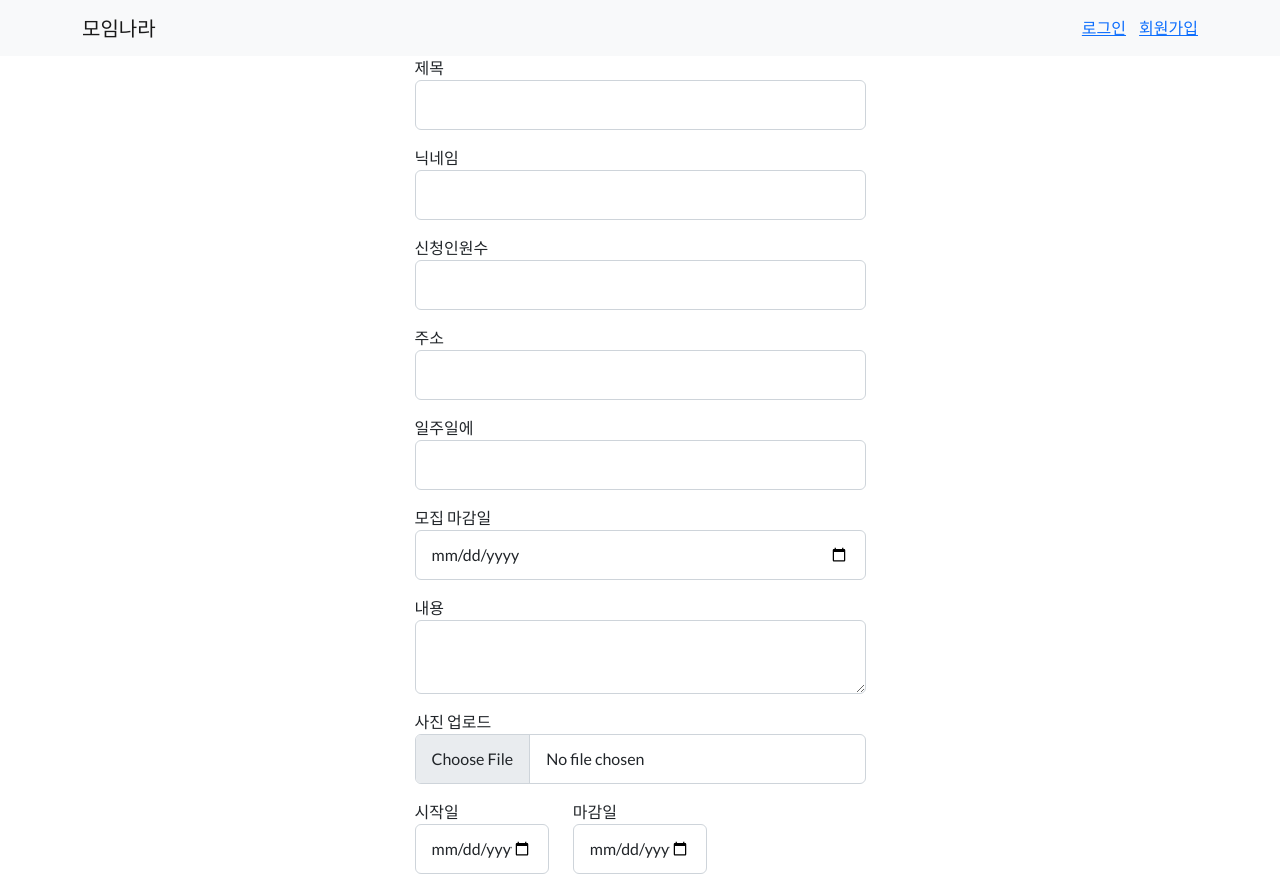
Repository: cmg9707/Devfox-spring-project
Page: http://localhost/DevJUS/WEB-INF/views/JUS/view.jsp
The author's editor kept a copy of each file at every save. The page is drawn from the files as they stood at one save, then again after the next save.
The browser window is 1280 px wide. The pictures show the whole page.
The page is served by Tomcat 9. Nobody is signed in. Other server files are loaded and not shown. The template is opened directly, without the code that normally fills it, so the values that code supplies are empty.

Above is the page before, as saved 2023-04-10 06:18:24.

### DevJUS/src/main/webapp/WEB-INF/views/JUS/view.jsp
<%@ page language="java" contentType="text/html; charset=UTF-8"
    pageEncoding="UTF-8"%>
<!DOCTYPE html>
<html>
<head>
<meta charset="UTF-8">
	    <meta charset="utf-8" />
		<!-- Bootstrap ! -->
  		<link href="https://cdn.jsdelivr.net/npm/bootstrap@5.3.0-alpha3/dist/css/bootstrap.min.css" rel="stylesheet" integrity="sha384-KK94CHFLLe+nY2dmCWGMq91rCGa5gtU4mk92HdvYe+M/SXH301p5ILy+dN9+nJOZ" crossorigin="anonymous">
        <script src="https://cdn.jsdelivr.net/npm/bootstrap@5.3.0-alpha3/dist/js/bootstrap.bundle.min.js" integrity="sha384-ENjdO4Dr2bkBIFxQpeoTz1HIcje39Wm4jDKdf19U8gI4ddQ3GYNS7NTKfAdVQSZe" crossorigin="anonymous"></script>
        <!-- Google fonts-->
        <link href="https://fonts.googleapis.com/css?family=Lato:300,400,700,300italic,400italic,700italic" rel="stylesheet" type="text/css" />
        <!-- Core theme CSS (includes Bootstrap)-->
        <link rel="stylesheet" href="/resources/css/styles.css">
<title>Insert title here</title>
</head>
<body>
	<!-- Navigation-->
	<nav class="navbar navbar-light bg-light static-top">
	<div class="container">
		<a class="navbar-brand" href="index">모임나라</a>
		<div>
			<a href="login" style="margin: 10px;">로그인</a>
			<a href="join">회원가입</a>
		</div>
     </div>
</nav>
	<div class="container-sm" >
		<div class="row">
			<div class="col-md-12 mx-auto">


					<div class="row d-flex justify-content-center">
						<div class="col-md-5 mb-3" id="user_id1">
							<label for="board_title">제목</label>
							<input type="text" class="form-control" id="board_title"  name="board_title"
								 value="" >

						</div>
					</div>
					<div class="row d-flex justify-content-center">
						<div class="col-md-5 mb-3">
								<label for="user_name">닉네임</label>
								<input type="text"
									class="form-control" id="user_name" name ="user_name" value="${user.user_name }" readonly="readonly" value="">
							</div>
					</div>
					<div class="row d-flex justify-content-center">
						<div class="col-md-5 mb-3">
							<label for="board_limit">신청인원수</label>
							<input type="text"class="form-control" size="15" id="board_limit" name="board_limit" value=""
							 >

						</div>
					</div>

					<div class="row d-flex justify-content-center">
						<div class="col-md-5 mb-3">
							<label for="board_address">주소</label>
							<input type="text"class="form-control" size="15" id="board_address" name="board_address" value="">

						</div>
					</div>

					<div class="row d-flex justify-content-center">
						<div class="col-md-5 mb-3">
							<label for="board_days">일주일에</label>
							<input type="text"class="form-control" size="15" id="board_days" name="board_days" value="">
						</div>
					</div>

					<div class="row d-flex justify-content-center">
						<div class="col-md-5 mb-3">
							<label for="board_end">모집 마감일</label>
							<input type="date"class="form-control" size="15" id="board_end" name="board_end" value="">

						</div>
					</div>

					<div class="row d-flex justify-content-center">
						<div class="col-md-5 mb-3">
							<label for="board_content">내용</label>
							<textarea class="form-control"  id="board_content" name="board_content" ></textarea>
						</div>
					</div>

					<div class="row d-flex justify-content-center">
						<div class="col-md-5 mb-3">
							<label for="board_poto">사진 업로드</label>
							<input type="file"class="form-control"  id="board_poto" name="board_poto" value="">
						</div>
					</div>


					<div class="row d-flex justify-content-center" >
						<div class="col-md-5 mb-2">
						<div class="row">
							<div class="col-md-4">
							<label for="board_period_start">시작일</label>
							<input type="date" class="form-control" id="board_period_start" name="board_period_start" value="" >
							</div>

							<div class="col-md-4">
							<label for="board_period_end">마감일</label>
							<input type="date" class="form-control" id="board_period_end" name="board_period_end" value="" >
							</div>
							</div>
						</div>
					</div>


			</div>
		</div>
	</div>

</body>
</html>

Loaded but not shown: DevJUS/src/main/webapp/resources/css/styles.css (library)

After the next save:
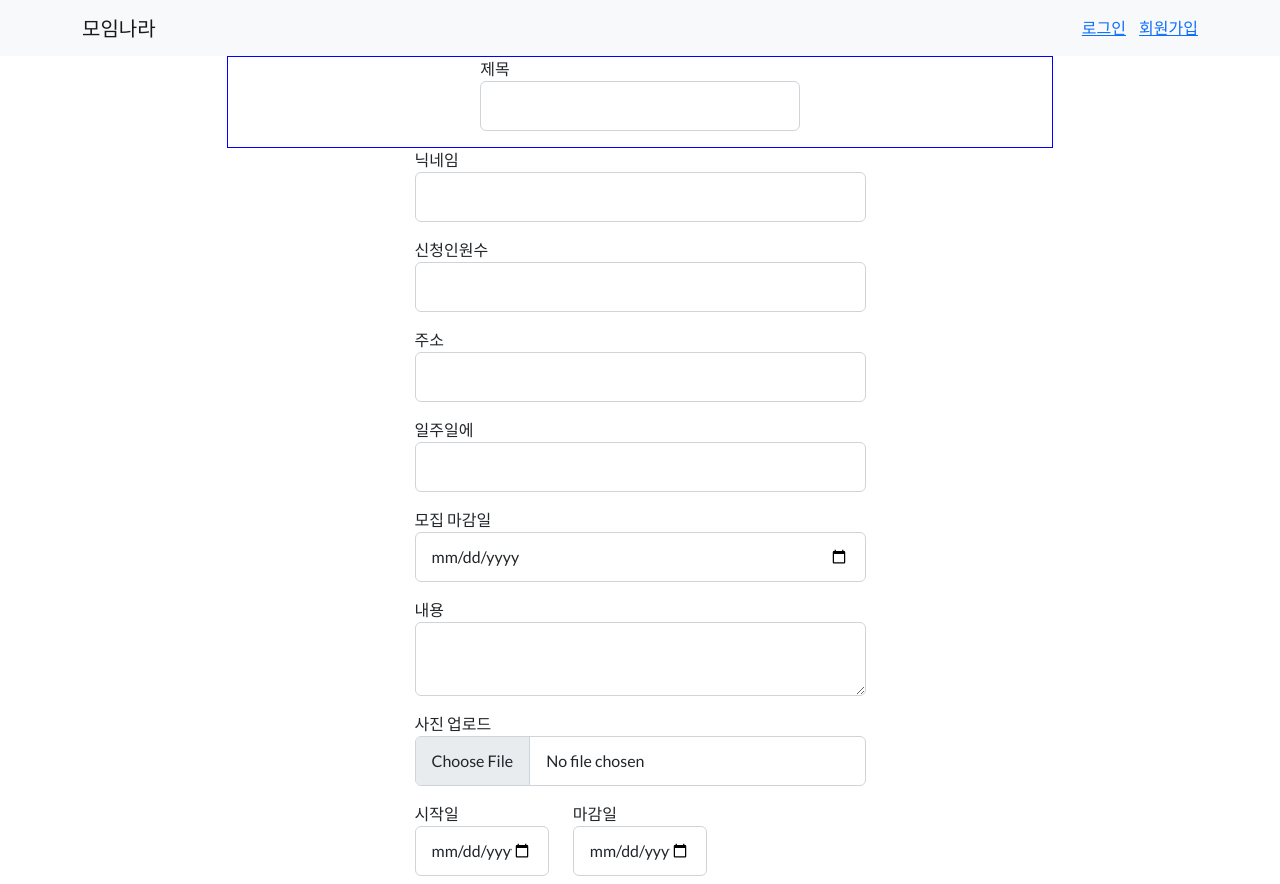
Saved 4 min 12 s later.
--- a/DevJUS/src/main/webapp/WEB-INF/views/JUS/view.jsp
+++ b/DevJUS/src/main/webapp/WEB-INF/views/JUS/view.jsp
@@ -28,9 +28,7 @@
 	<div class="container-sm" >
 		<div class="row">
 			<div class="col-md-12 mx-auto">
-
-
-					<div class="row d-flex justify-content-center">
+					<div class="row d-flex justify-content-center" style="background-color: white; width: 74%; border: 1px solid blue; margin: 0 auto; display: inline-block; vertical-align: top;">
 						<div class="col-md-5 mb-3" id="user_id1">
 							<label for="board_title">제목</label>
 							<input type="text" class="form-control" id="board_title"  name="board_title"

After the save that followed:
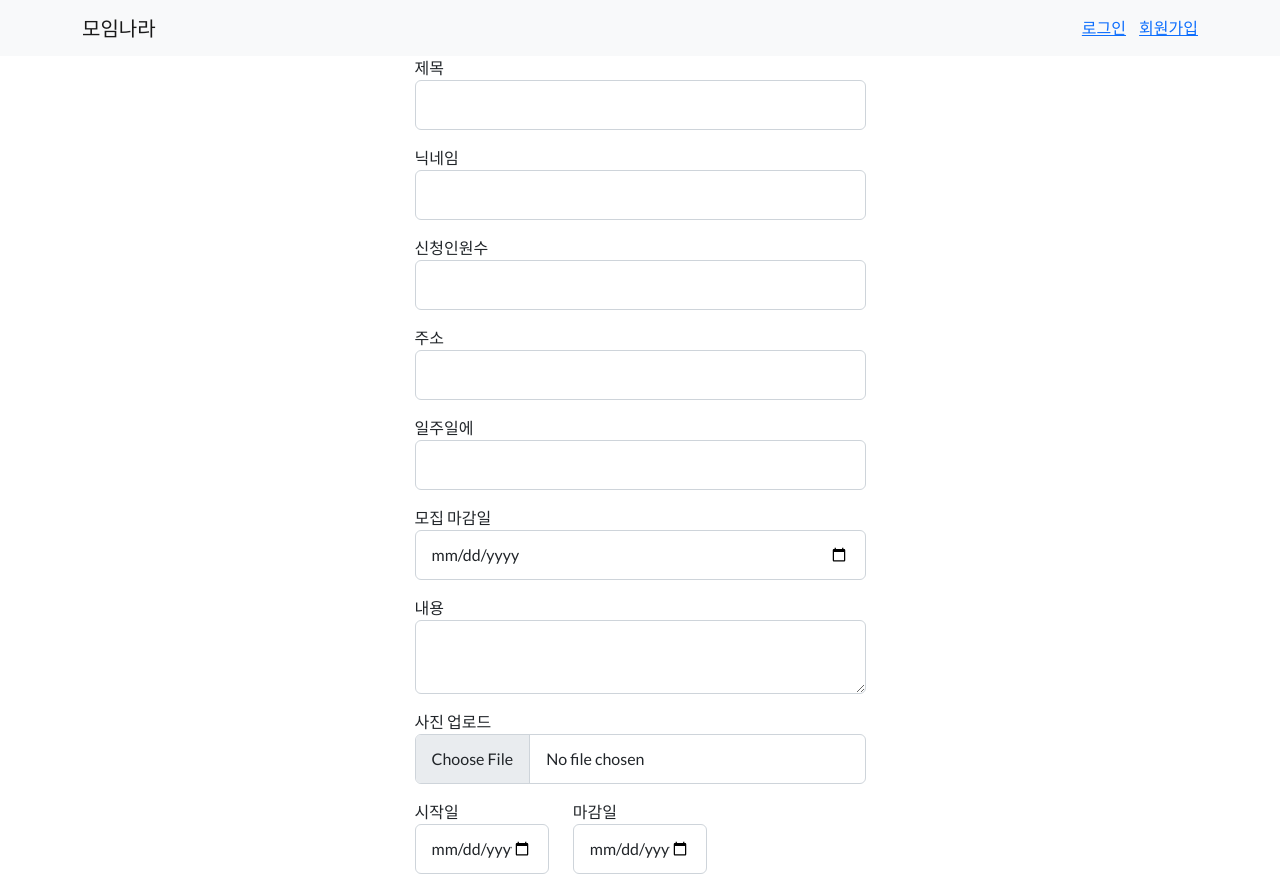
Saved 76 s later.
--- a/DevJUS/src/main/webapp/WEB-INF/views/JUS/view.jsp
+++ b/DevJUS/src/main/webapp/WEB-INF/views/JUS/view.jsp
@@ -28,7 +28,7 @@
 	<div class="container-sm" >
 		<div class="row">
 			<div class="col-md-12 mx-auto">
-					<div class="row d-flex justify-content-center" style="background-color: white; width: 74%; border: 1px solid blue; margin: 0 auto; display: inline-block; vertical-align: top;">
+					<div class="row d-flex justify-content-center" >
 						<div class="col-md-5 mb-3" id="user_id1">
 							<label for="board_title">제목</label>
 							<input type="text" class="form-control" id="board_title"  name="board_title"
